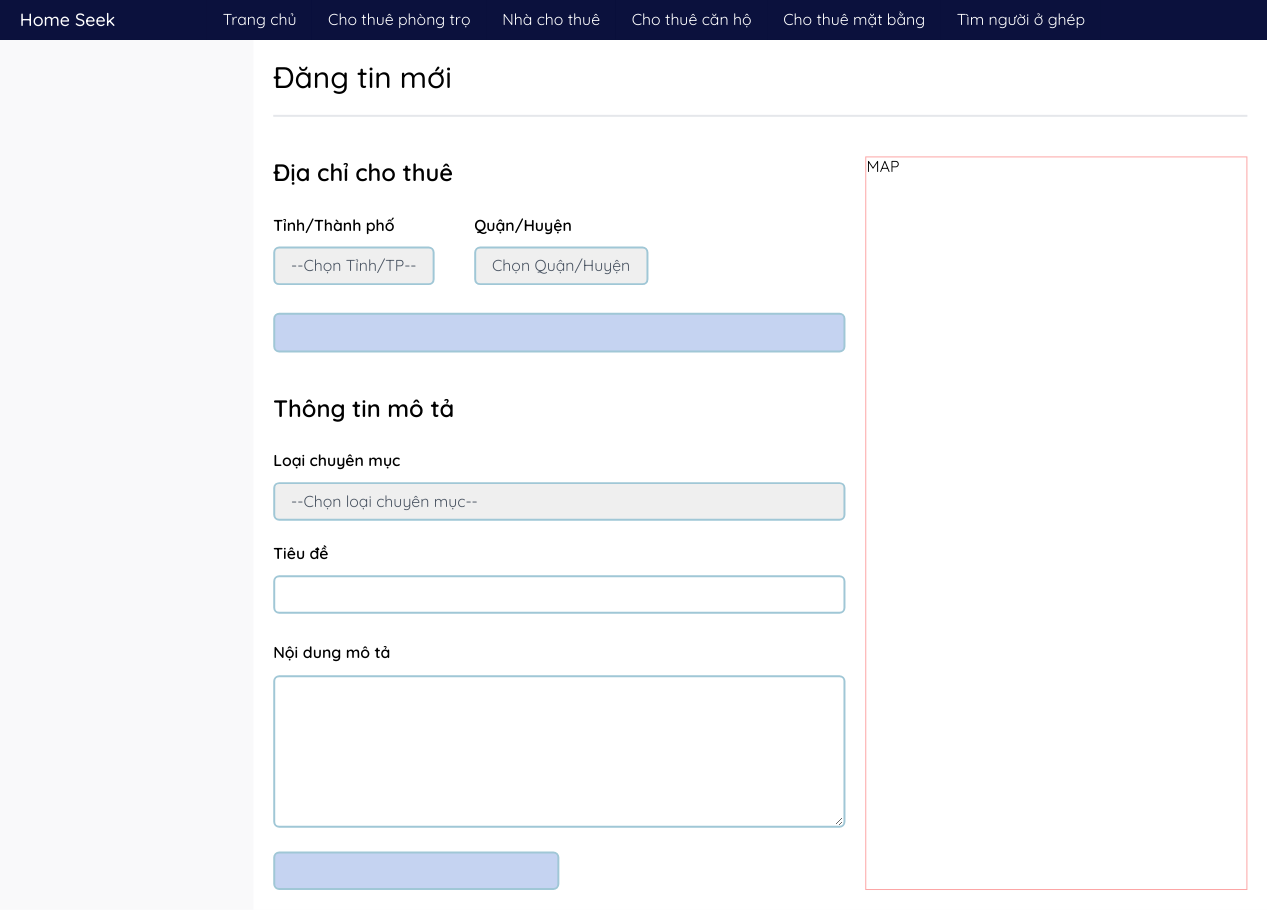
Repository: ajincome26/homeseek
Page: /create (app in client/)
The author's editor kept a copy of each file at every save. The page is drawn from the files as they stood at one save, then again after the next save.
The browser window is 1280 px wide. The pictures show the whole page, at 99% of full size.
The page's requests for data from a server got no answer. The project was rebuilt for these pictures with package versions that can differ from the ones it lists, and the page was loaded fresh each time. Some packages were replaced by stand-ins written for this rebuild. No one was signed in, and anything a server would have sent is missing. Also part of the build but not shown: client/vite.config.ts, client/src/components/Footer/Footer.tsx, client/src/components/Button/Button.tsx, client/src/components/Button/index.ts, client/src/utils/utils.tsx, client/src/components/MainHeader/components/User.tsx, client/src/components/Popover/Popover.tsx, client/src/components/Popover/index.ts and 16 more.

Above is the page before, as saved 2024-01-10 05:37:06.

### client/index.html
<!doctype html>
<html lang="en">
  <head>
    <meta charset="UTF-8" />
    <link rel="icon" type="image/svg+xml" href="/vite.svg" />
    <meta name="viewport" content="width=device-width, initial-scale=1.0" />
    <title>Home Seek</title>
    <link rel="preconnect" href="https://fonts.googleapis.com" />
    <link rel="preconnect" href="https://fonts.gstatic.com" crossorigin />
    <link
      href="https://fonts.googleapis.com/css2?family=Quicksand:wght@300;400;500;600;700&display=swap"
      rel="stylesheet"
    />
  </head>
  <body>
    <div id="root"></div>
    <script type="module" src="/src/main.tsx"></script>
  </body>
</html>

### client/src/main.tsx
import ReactDOM from 'react-dom/client'
import App from './App'
import './styles/index.scss'
import { BrowserRouter } from 'react-router-dom'
import { QueryClient, QueryClientProvider } from '@tanstack/react-query'
import { ReactQueryDevtools } from '@tanstack/react-query-devtools'
import { AuthProvider } from './contexts/auth.context'
import { ErrorBoundary } from './components/ErrorBoundary'

// Create a client
const queryClient = new QueryClient({
  defaultOptions: {
    queries: {
      refetchOnWindowFocus: false // disable việc fetch lại api khi focus tab window
    }
  }
})

ReactDOM.createRoot(document.getElementById('root')!).render(
  <BrowserRouter>
    <QueryClientProvider client={queryClient}>
      <AuthProvider>
        <ErrorBoundary>
          <App />
        </ErrorBoundary>
      </AuthProvider>
      <ReactQueryDevtools initialIsOpen={false} />
    </QueryClientProvider>
  </BrowserRouter>
)

### client/src/App.tsx
import { useEffect } from 'react'
import { useAuth } from './contexts/auth.context'
import useRoute from './useRoute'
import { LocalStorageEventTarget } from './utils/auth'
import { ToastContainer } from 'react-toastify'
import 'react-toastify/dist/ReactToastify.css'

function App() {
  const routeElements = useRoute()
  const { resetAuth } = useAuth()
  useEffect(() => {
    LocalStorageEventTarget.addEventListener('clearLS', () => {
      resetAuth()
    })
    return () => {
      LocalStorageEventTarget.removeEventListener('clearLS', () => {
        resetAuth()
      })
    }
  }, [resetAuth])
  return (
    <div className='bg-third'>
      <ToastContainer />
      <div>{routeElements}</div>
    </div>
  )
}

export default App

### client/src/styles/index.scss
@tailwind base;
@tailwind components;
@tailwind utilities;

@import 'reset';

body {
  font-family: 'Quicksand', sans-serif;
  font-size: 16px;
  line-height: 1.2;
}

select {
  -webkit-appearance: none;
  -moz-appearance: none;
  appearance: none;
}

::-webkit-scrollbar {
  width: 10px;
}
::-webkit-scrollbar-track {
  background-color: #fafafa;
}
::-webkit-scrollbar-thumb {
  background-color: #ccd0d7;
  border-radius: 50px;
}

/* Chrome, Safari, Edge, Opera */
input::-webkit-outer-spin-button,
input::-webkit-inner-spin-button {
  -webkit-appearance: none;
  margin: 0;
}
/* Firefox */
input[type='number'] {
  appearance: textfield;
}

.cr-truncate-1 {
  overflow: hidden;
  display: -webkit-box;
  -webkit-box-orient: vertical;
  -webkit-line-clamp: 1;
  text-overflow: ellipsis;
  word-break: break-word;
}

// class tailwind-sort
.cr-transition {
  @apply transition-all ease-linear duration-200;
}
.cr-hover-text {
  @apply hover:text-[#977616] transition-colors ease-linear duration-200 cursor-pointer;
}
.cr-input-text {
  @apply px-3 py-2 border-[2px] border-[#a0c7d6] outline-none rounded-md focus:border-[#4b5fc2] cr-transition box-border w-full;
}

### client/src/contexts/auth.context.tsx
import React, { createContext, useContext, useState } from 'react'
import { User } from '~/types/user.type'
import { getAccessToken, getUserInfoFromStorage } from '~/utils/auth'

interface AuthProviderType {
  isLoggedIn: boolean
  setIsLoggedIn: React.Dispatch<React.SetStateAction<boolean>>
  userInfo: User | null
  setUserInfo: React.Dispatch<React.SetStateAction<User | null>>
  resetAuth: () => void
}
const initialContext: AuthProviderType = {
  isLoggedIn: Boolean(getAccessToken()),
  setIsLoggedIn: () => null,
  userInfo: getUserInfoFromStorage(),
  setUserInfo: () => null,
  resetAuth: () => null
}

const AuthContext = createContext<AuthProviderType>(initialContext)
const useAuth = () => {
  const context = useContext(AuthContext)
  if (typeof context === 'undefined') throw new Error('useAuth must be used within a AuthContext')
  return context
}
const AuthProvider = ({ children }: { children: React.ReactNode }) => {
  const [isLoggedIn, setIsLoggedIn] = useState(initialContext.isLoggedIn)
  const [userInfo, setUserInfo] = useState(initialContext.userInfo)
  const resetAuth = () => {
    setIsLoggedIn(false)
    setUserInfo(null)
  }
  return (
    <AuthContext.Provider value={{ isLoggedIn, setIsLoggedIn, userInfo, setUserInfo, resetAuth }}>
      {children}
    </AuthContext.Provider>
  )
}

// eslint-disable-next-line react-refresh/only-export-components
export { useAuth, AuthProvider }

### client/src/components/ErrorBoundary/index.ts
export { default as ErrorBoundary } from './ErrorBoundary'

### client/src/useRoute.tsx
import { useRoutes } from 'react-router-dom'
import { path } from './constants/path'
import { MainLayout } from './layouts/MainLayout'
import ManageLayout from './layouts/ManageLayout/ManageLayout'
import { CreatePost } from './pages/CreatePostPage'
import { HomePage } from './pages/HomePage'
import { LoginPage } from './pages/LoginPage'
import { RegisterPage } from './pages/RegisterPage'

const { HOME, LOGIN, REGISTER, OAUTH, CREATE } = path

const useRoute = () => {
  return useRoutes([
    {
      path: LOGIN,
      element: <LoginPage />
    },
    {
      path: REGISTER,
      element: <RegisterPage />
    },
    {
      path: OAUTH,
      element: <LoginPage />
    },
    {
      path: OAUTH,
      element: <RegisterPage />
    },
    // Authen không ảnh hưởng
    {
      element: <ManageLayout />,
      children: [
        {
          index: true,
          path: CREATE,
          element: <CreatePost />
        }
      ]
    },
    {
      element: <MainLayout />,
      children: [
        {
          index: true,
          path: HOME,
          element: <HomePage />
        }
      ]
    }
  ])
}

export default useRoute

### client/src/utils/auth.ts
import { User } from '~/types/user.type'

export const LocalStorageEventTarget = new EventTarget()

export const getAccessToken = () => localStorage.getItem('accessToken') || ''
export const getRefreshToken = () => localStorage.getItem('refreshToken') || ''
export const setAccessToken = (accessToken: string) => localStorage.setItem('accessToken', accessToken)
export const setRefreshToken = (refreshToken: string) => localStorage.setItem('refreshToken', refreshToken)
export const getUserInfoFromStorage = () => {
  const info = localStorage.getItem('userInfo')
  return info ? JSON.parse(info) : null
}
export const setUserInfoToStorage = (userInfo: User) => localStorage.setItem('userInfo', JSON.stringify(userInfo))

export const clearLocalStorage = () => {
  localStorage.removeItem('accessToken')
  localStorage.removeItem('refreshToken')
  localStorage.removeItem('userInfo')
  const clearLSEvent = new Event('clearLS')
  LocalStorageEventTarget.dispatchEvent(clearLSEvent)
}

### client/src/styles/_reset.scss
*,
*::before,
*::after {
  box-sizing: border-box;
}
* {
  margin: 0;
  padding: 0;
}

html,
body {
  height: 100%;
}
body {
  line-height: 1.5;
  -webkit-font-smoothing: antialiased;
  -webkit-tap-highlight-color: rgba(0, 0, 0, 0);
}
a {
  text-decoration: none;
  color: inherit;
}
img,
picture,
video,
canvas,
svg {
  display: block;
  // max-width: 100%;
}
input,
button,
textarea,
select {
  font: inherit;
  outline: none;
}
option:checked {
  background-color: #0891b2;
  color: white;
  font-style: italic;
}
p,
h1,
h2,
h3,
h4,
h5,
h6 {
  overflow-wrap: break-word;
}

### client/src/constants/path.ts
export const path = {
  HOME: '/',
  LOGIN: '/login',
  OAUTH: '/login/oauth',
  REGISTER: '/register',
  LOGOUT: '/logout',

  ROOM_FOR_RENT: '/room-for-rent',
  HOUSE_FOR_RENT: '/house-for-rent',
  APARTMENT_FOR_RENT: '/apartment-for-rent',
  GROUND_FOR_RENT: '/ground-for-rent',
  FIND_A_ROOMATE: '/find-a-roomate',

  CREATE: '/create',
  MANAGE: '/manage',
  PROFILE: '/user/profile',
  CHANGE_PASSWORD: '/user/change-password',

  CONTACT: '/contact',

  NOT_FOUND: '*'
}

### client/src/layouts/MainLayout/index.ts
export { default as MainLayout } from './MainLayout'

### client/src/layouts/ManageLayout/ManageLayout.tsx
import { Outlet } from 'react-router-dom'
import { Sidebar } from '~/components/Sidebar'
import { SubHeader } from '~/components/SubHeader'

const ManageLayout = () => {
  return (
    <>
      <SubHeader />
      <div className='pt-[40px] flex'>
        <div className='min-h-[calc(100vh-40px)] basis-1/5'>
          <Sidebar />
        </div>
        <div className='bg-white basis-4/5'>
          <Outlet />
        </div>
      </div>
    </>
  )
}

export default ManageLayout

### client/src/pages/CreatePostPage/index.ts
export { default as CreatePost } from './CreatePost'

### client/src/pages/HomePage/index.ts
export { default as HomePage } from './HomePage'

### client/src/pages/LoginPage/index.ts
export { default as LoginPage } from './LoginPage'

### client/src/pages/RegisterPage/index.ts
export { default as RegisterPage } from './RegisterPage'

### client/src/components/Sidebar/index.ts
export { default as Sidebar } from './Sidebar'

### client/src/components/SubHeader/index.ts
export { default as SubHeader } from './SubHeader'

### client/src/pages/CreatePostPage/CreatePost.tsx
import { yupResolver } from '@hookform/resolvers/yup'
import { useForm } from 'react-hook-form'
import { postSchema, PostSchema } from '~/utils/schema'
import Address from './components/Address'
import Overview from './components/Overview'

export type FormPost = PostSchema

const CreatePost = () => {
  const { handleSubmit } = useForm<FormPost>({
    resolver: yupResolver(postSchema)
  })
  const handleCreatePost = (data: FormPost) => {}
  return (
    <div className='p-5 text-black'>
      <h2 className='w-full pb-5 text-3xl font-medium border-b-2'>Đăng tin mới</h2>
      <div className='flex gap-5 mt-10'>
        <form onSubmit={handleSubmit(handleCreatePost)} className='flex flex-col gap-10 basis-[60%]'>
          <Address />
          <Overview />
        </form>
        <div className='border border-red-300 map basis-[40%]'>MAP</div>
      </div>
    </div>
  )
}

export default CreatePost

### client/src/components/SubHeader/SubHeader.tsx
import { Link } from 'react-router-dom'
import { SubNavigation } from '../SubNavigation'

const SubHeader = () => {
  return (
    <div className='fixed w-full h-[40px] bg-primary text-white flex items-center gap-12 px-5'>
      <Link to={'/'} className='text-lg font-medium cursor-pointer hover:text-sixth cr-transition'>
        Home Seek
      </Link>
      <div className='w-[80%]'>
        <SubNavigation />
      </div>
    </div>
  )
}

export default SubHeader

### client/src/pages/CreatePostPage/components/Overview.tsx
import { yupResolver } from '@hookform/resolvers/yup'
import { useState } from 'react'
import { Field } from '~/components/Field'
import { Input, InputReadOnly } from '~/components/Input'
import { Select } from '~/components/Select'
import { categories } from '~/constants/data'
import { useForm } from 'react-hook-form'
import { postSchema, PostSchema } from '~/utils/schema'
import { Label } from '~/components/Label'

export type FormCreatePost = PostSchema

const Overview = () => {
  const [category, setCategory] = useState('')
  const {
    register,
    handleSubmit,
    setError,
    formState: { errors }
  } = useForm<FormCreatePost>({
    resolver: yupResolver(postSchema)
  })
  return (
    <div>
      <h1 className='mb-5 text-2xl font-semibold'>Thông tin mô tả</h1>
      <div className='flex flex-col gap-4'>
        <Field>
          <Label textColor='text-black' htmlFor='cate'>
            Loại chuyên mục
          </Label>
          <Select
            type='category'
            optionTitle='--Chọn loại chuyên mục--'
            categories={categories as []}
            value={category}
            setValue={setCategory}
          />
        </Field>
        <Field>
          <Label textColor='text-black' htmlFor='title'>
            Tiêu đề
          </Label>
          <Input
            className='focus:border-[#4b5fc2] hover:border-[#a0c7d6] cr-input-text mb-0'
            register={register}
            name='title'
          />
        </Field>
        <Field>
          <Label textColor='text-black' htmlFor='desc'>
            Nội dung mô tả
          </Label>
          <textarea
            id='desc'
            className='cr-input-text'
            rows={7}
            // value={payload.description}
            // onChange={(e) => setPayload((prev) => ({ ...prev, description: e.target.value }))}
            // onFocus={() => setInvalidFields([])}
          />
        </Field>
        <div className='w-1/2'>
          <InputReadOnly title='Thông tin liên hệ' data={''} />
        </div>
      </div>
    </div>
  )
}

export default Overview

### client/src/components/Field/index.ts
export { default as Field } from './Field'

### client/src/components/Input/index.ts
export { default as Input } from './Input'
export { default as InputPassword } from './InputPassword'
export { default as InputSearch } from './InputSearch'
export { default as InputNumber } from './InputNumber'
export { default as InputFile } from './InputFile'
export { default as InputReadOnly } from './InputReadOnly'

### client/src/components/Label/index.ts
export { default as Label } from './Label'

### client/src/utils/icons.ts
import { BiSolidShoppingBags, BiLogoFacebookCircle, BiPlus } from 'react-icons/bi'
import {
  AiFillInstagram,
  AiFillTwitterCircle,
  AiOutlineEye,
  AiOutlineEyeInvisible,
  AiOutlineShoppingCart,
  AiFillStar,
  AiOutlineStar,
  AiFillCaretRight,
  AiOutlineQuestionCircle,
  AiFillHeart,
  AiOutlineHeart,
  AiOutlinePlusCircle
} from 'react-icons/ai'
import { TbWorld, TbUserCircle, TbBrandMessenger } from 'react-icons/tb'
import { PiCaretDownBold, PiCaretUpBold, PiCaretLeftBold, PiCaretRightBold } from 'react-icons/pi'
import { HiOutlineSearch, HiOutlineLogout } from 'react-icons/hi'
import { BsListUl, BsThreeDots, BsShieldLock, BsPencilSquare } from 'react-icons/bs'
import { LiaFilterSolid } from 'react-icons/lia'
import { RiSubtractLine, RiTodoLine } from 'react-icons/ri'
import { FaCartPlus } from 'react-icons/fa'
import { CiEdit } from 'react-icons/ci'
import { FaRegUser, FaUserEdit } from 'react-icons/fa'
import { SiSensu } from 'react-icons/si'
import { FcGoogle } from 'react-icons/fc'
import { MdOutlineDashboard, MdOutlineLibraryBooks } from 'react-icons/md'

export default {
  AiFillInstagram,
  AiFillTwitterCircle,
  AiOutlineEye,
  AiOutlineEyeInvisible,
  AiOutlineShoppingCart,
  AiFillStar,
  AiOutlineStar,
  AiFillCaretRight,
  AiOutlineQuestionCircle,
  AiFillHeart,
  AiOutlineHeart,
  AiOutlinePlusCircle,
  BiSolidShoppingBags,
  BiLogoFacebookCircle,
  PiCaretDownBold,
  PiCaretUpBold,
  PiCaretLeftBold,
  PiCaretRightBold,
  TbWorld,
  TbUserCircle,
  TbBrandMessenger,
  HiOutlineSearch,
  HiOutlineLogout,
  BsListUl,
  BsThreeDots,
  BsShieldLock,
  BsPencilSquare,
  LiaFilterSolid,
  BiPlus,
  RiSubtractLine,
  RiTodoLine,
  FaCartPlus,
  FaUserEdit,
  CiEdit,
  FaRegUser,
  SiSensu,
  FcGoogle,
  MdOutlineDashboard,
  MdOutlineLibraryBooks
}

### client/src/constants/data.tsx
import { path } from './path'
import icons from '~/utils/icons'
import { CategoryType } from '~/types/category.type'

const { BsPencilSquare, MdOutlineLibraryBooks, TbUserCircle, FaUserEdit, TbBrandMessenger } = icons

const {
  ROOM_FOR_RENT,
  HOUSE_FOR_RENT,
  APARTMENT_FOR_RENT,
  GROUND_FOR_RENT,
  FIND_A_ROOMATE,
  CREATE,
  MANAGE,
  PROFILE,
  CONTACT
} = path

export const categories = [
  { id: 1, name: 'Cho thuê phòng trọ', path: ROOM_FOR_RENT },
  { id: 2, name: 'Nhà cho thuê', path: HOUSE_FOR_RENT },
  { id: 3, name: 'Cho thuê căn hộ', path: APARTMENT_FOR_RENT },
  { id: 4, name: 'Cho thuê mặt bằng', path: GROUND_FOR_RENT },
  { id: 5, name: 'Tìm người ở ghép', path: FIND_A_ROOMATE }
] as CategoryType[]

export const dataManage = [
  {
    id: 1,
    text: 'Đăng tin cho thuê',
    path: CREATE,
    icon: <BsPencilSquare />
  },
  {
    id: 2,
    text: 'Quản lý tin đăng',
    path: MANAGE,
    icon: <MdOutlineLibraryBooks />
  },
  {
    id: 3,
    text: 'Thông tin tài khoản',
    path: PROFILE,
    icon: <TbUserCircle />
  }
]

export const dataSidebar = [
  {
    id: 1,
    text: 'Đăng tin cho thuê',
    path: CREATE,
    icon: <BsPencilSquare />
  },
  {
    id: 2,
    text: 'Quản lý tin đăng',
    path: MANAGE,
    icon: <MdOutlineLibraryBooks />
  },
  {
    id: 3,
    text: 'Sửa thông tin cá nhân',
    path: PROFILE,
    icon: <FaUserEdit />
  },
  {
    id: 4,
    text: 'Liên hệ',
    path: CONTACT,
    icon: <TbBrandMessenger />
  }
]

### client/src/components/SubNavigation/index.ts
export { default as SubNavigation } from './SubNavigation'

### client/src/apis/province.api.ts
import { Province } from '~/types/province.type'
import { apiGetPublicProvinces } from '~/utils/utils'

const provinceApi = {
  getProvinces: () => apiGetPublicProvinces.get<Province[]>('/')
}

export default provinceApi

### client/src/components/Select/index.ts
export { default as Select } from './Select'

### client/src/components/Field/Field.tsx
interface Props {
  children: JSX.Element | JSX.Element[]
}

const Field = ({ children }: Props) => {
  return <div className='flex flex-col items-start'>{children}</div>
}

export default Field

### client/src/components/Input/Input.tsx
import { InputHTMLAttributes } from 'react'
import type { FieldValues, FieldPath, UseFormRegister } from 'react-hook-form'

export interface InputProps<TFieldValues extends FieldValues> extends InputHTMLAttributes<HTMLInputElement> {
  name: FieldPath<TFieldValues>
  errorMessage?: string
  register: UseFormRegister<TFieldValues>
}

const Input = <TFieldValues extends FieldValues = FieldValues>({
  className,
  type,
  name,
  children,
  errorMessage,
  register,
  ...props
}: InputProps<TFieldValues>) => {
  return (
    <div className='relative w-full'>
      <input
        id={name}
        type={type || 'text'}
        {...register(name)}
        {...props}
        className={`mb-[6px] border rounded-lg py-3 bg-grayField hover:border-primary focus:border-primary transition w-full focus:bg-white ${
          children ? 'pl-4 pr-10' : 'px-4'
        } ${className}`}
        autoComplete='on'
      />
      <span className='absolute top-1/2 right-3 translate-y-[-110%] cursor-pointer text-grayDark'>{children}</span>
      {errorMessage && <div className='text-sm text-red-500 min-h-[1rem] leading-4'>{errorMessage}</div>}
    </div>
  )
}

export default Input

### client/src/components/Input/InputReadOnly.tsx
import { InputHTMLAttributes } from 'react'

export interface InputProps extends InputHTMLAttributes<HTMLInputElement> {
  id: string
  data: string
}

const InputReadOnly = ({ id, data }: InputProps) => {
  return (
    <div className='w-full'>
      <input type='text' id={id} value={data || ''} className='mt-2 cr-input-text bg-[#c5d3f1]' readOnly />
    </div>
  )
}

export default InputReadOnly

### client/src/components/Label/Label.tsx
interface Props {
  htmlFor: string
  children: string
  textColor?: string
}

const Label = ({ htmlFor, children, textColor }: Props) => {
  return (
    <label className={`${textColor || 'text-white'} mt-2 mb-3 font-semibold cursor-pointer`} htmlFor={htmlFor}>
      {children}
    </label>
  )
}

export default Label

### client/src/components/SubNavigation/SubNavigation.tsx
import { NavLink } from 'react-router-dom'
import { categories } from '~/constants/data'

const notActive = 'hover:bg-secondary px-4 h-full flex items-center bg-primary transition-all ease-linear duration-300'
const active = 'hover:bg-secondary px-4 h-full flex items-center bg-secondary'
const SubNavigation = () => {
  return (
    <div className='w-full h-[40px] flex justify-center items-center'>
      <div className='flex items-center h-full'>
        <NavLink to={'/'} className={({ isActive }) => (isActive ? active : notActive)}>
          Trang chủ
        </NavLink>
        {categories?.length > 0 &&
          categories.map((item, index) => {
            return (
              <div key={index} className='h-full'>
                <NavLink to={item.path} className={({ isActive }) => (isActive ? active : notActive)}>
                  {item.name}
                </NavLink>
              </div>
            )
          })}
      </div>
    </div>
  )
}

export default SubNavigation

Loaded but not shown: client/tailwind.config.js (37 lines, source omitted); client/src/utils/schema.ts (64 lines, source omitted); client/src/pages/CreatePostPage/components/Address.tsx (77 lines, source omitted); client/src/components/Select/Select.tsx (49 lines, source omitted)

After the next save:
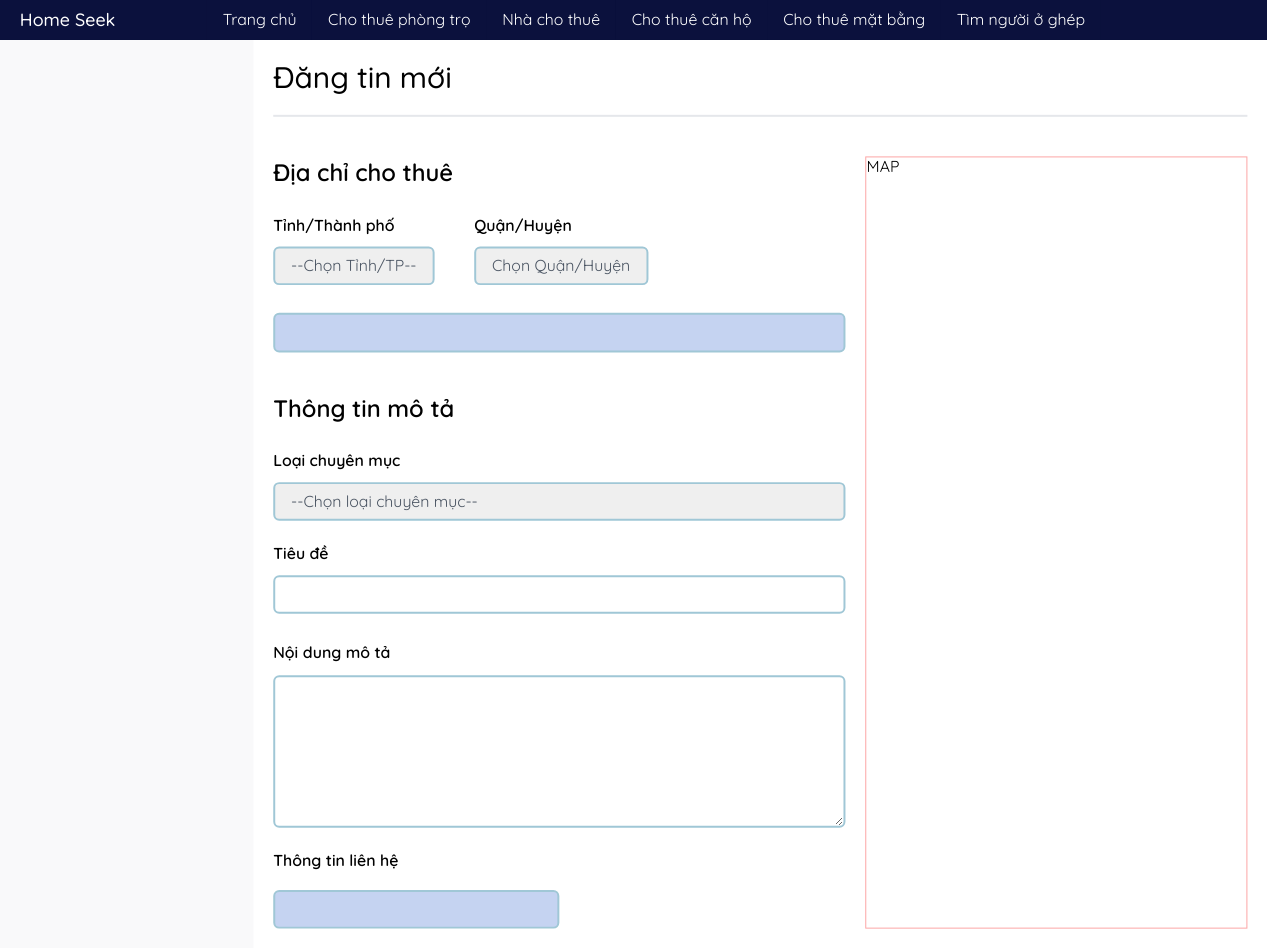
Saved 62 s later.
--- a/client/src/pages/CreatePostPage/components/Overview.tsx
+++ b/client/src/pages/CreatePostPage/components/Overview.tsx
@@ -60,7 +60,12 @@ const Overview = () => {
           />
         </Field>
         <div className='w-1/2'>
-          <InputReadOnly title='Thông tin liên hệ' data={''} />
+          <Field>
+            <Label textColor='text-black' htmlFor='desc'>
+              Thông tin liên hệ
+            </Label>
+          </Field>
+          <InputReadOnly id='username' data={''} />
         </div>
       </div>
     </div>
